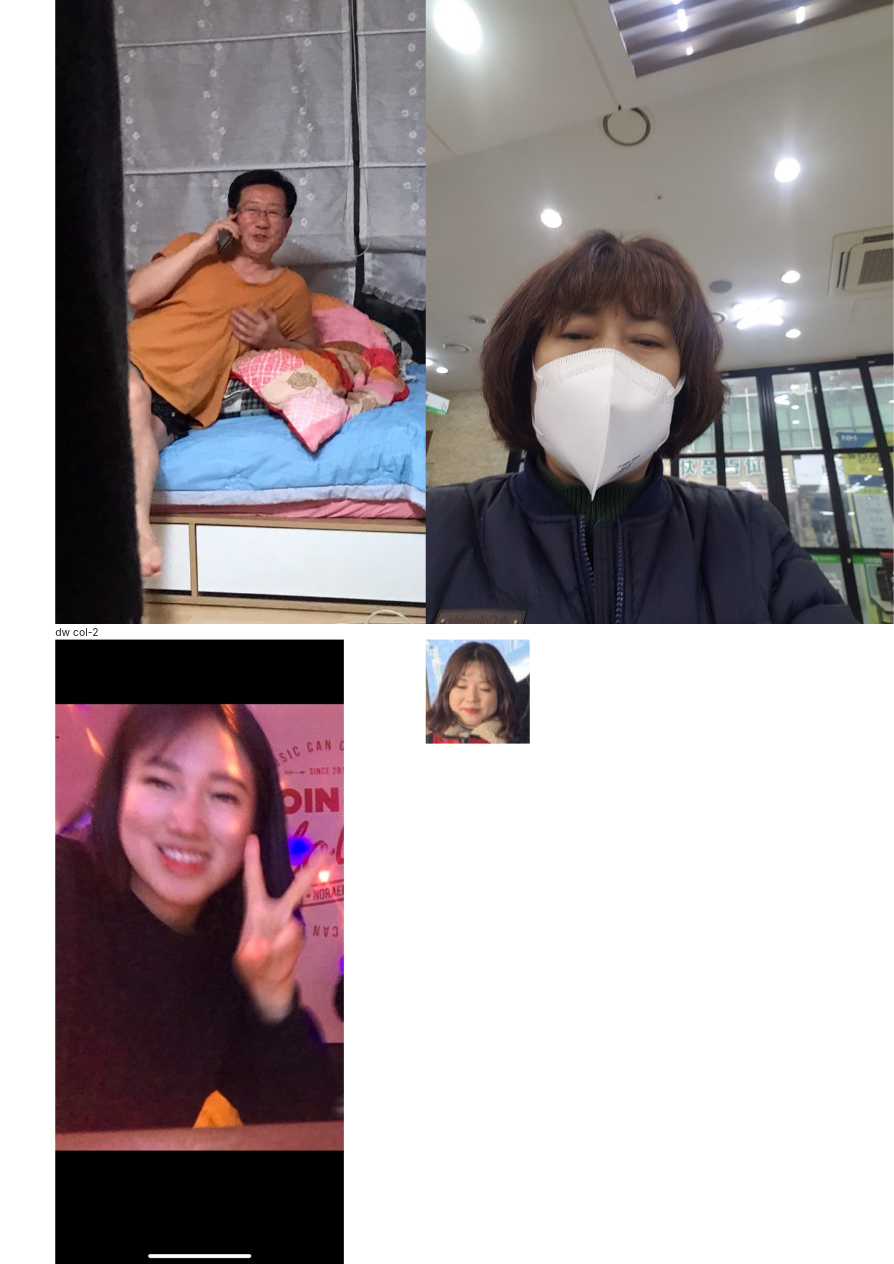
Repository: seungminlll3420/ruby_on_rails
Page: wep.html
The author's editor kept a record of every edit. The page is drawn from the files as they stood at one moment, then again after the next edit.
The browser window is 1280 px wide. The page is 1375 px wide, so the pictures cover 1375 px, including what lies to the right of the window. The pictures show the whole page, at 65% of full size.

Above is the page before.

### wep.html

</html>
<!doctype html>
<html lang="en">
  <head>
    <!-- Required meta tags -->
    <meta charset="utf-8">
    <meta name="viewport" content="width=device-width, initial-scale=1, shrink-to-fit=no">

    <!-- Bootstrap CSS -->
    <link rel="stylesheet" href="https://stackpath.bootstrapcdn.com/bootstrap/4.4.1/css/bootstrap.min.css" integrity="sha384-Vkoo8x4CGsO3+Hhxv8T/Q5PaXtkKtu6ug5TOeNV6gBiFeWPGFN9MuhOf23Q9Ifjh" crossorigin="anonymous">

    <title>Hello, world!</title>
  </head>
  <body>
      <div class="container">
        <div class="row">
            <div class="col-6" style="">
                <img src="./img/이종호.jpg">dw</img>
                col-2
            </div>
            <div class="col-6" style="">
                <img src="./img/길숙희.jpg"></img>
            </div>

        </div>
        <div class="row">
            <div class="col-6" style="">
                <img src="./img/이지영.jpg"></img>
            </div>
            <div class="col-6" style="">
                <img src="./img/이소연.jpg"></img>
            </div>
        </div>
    </div>
    <!-- Optional JavaScript -->
    <!-- jQuery first, then Popper.js, then Bootstrap JS -->
    <script src="https://code.jquery.com/jquery-3.4.1.slim.min.js" integrity="sha384-J6qa4849blE2+poT4WnyKhv5vZF5SrPo0iEjwBvKU7imGFAV0wwj1yYfoRSJoZ+n" crossorigin="anonymous"></script>
    <script src="https://cdn.jsdelivr.net/npm/popper.js@1.16.0/dist/umd/popper.min.js" integrity="sha384-Q6E9RHvbIyZFJoft+2mJbHaEWldlvI9IOYy5n3zV9zzTtmI3UksdQRVvoxMfooAo" crossorigin="anonymous"></script>
    <script src="https://stackpath.bootstrapcdn.com/bootstrap/4.4.1/js/bootstrap.min.js" integrity="sha384-wfSDF2E50Y2D1uUdj0O3uMBJnjuUD4Ih7YwaYd1iqfktj0Uod8GCExl3Og8ifwB6" crossorigin="anonymous"></script>
  </body>
</html>

After the next edit:
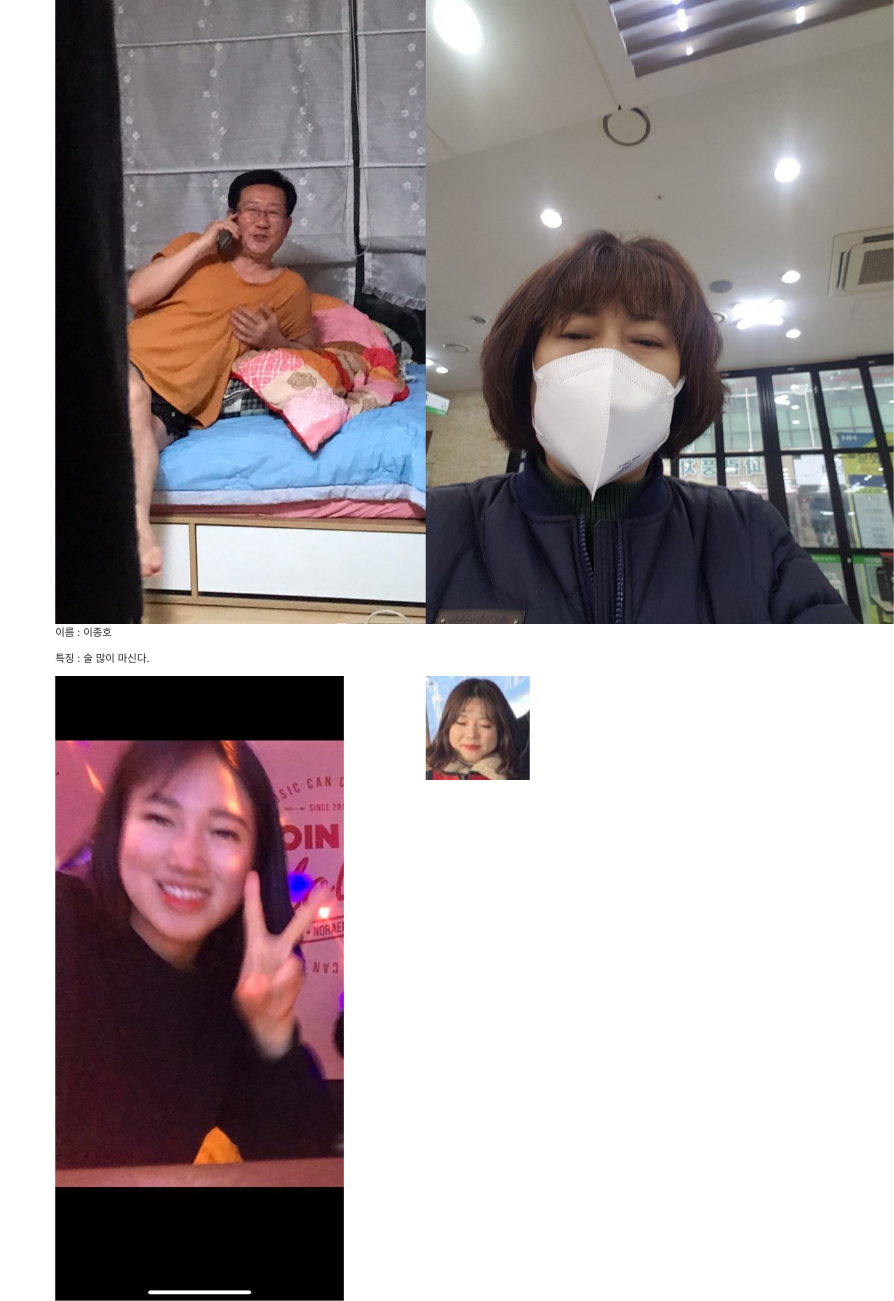
The edit:
--- a/wep.html
+++ b/wep.html
@@ -16,8 +16,9 @@
       <div class="container">
         <div class="row">
             <div class="col-6" style="">
-                <img src="./img/이종호.jpg">dw</img>
-                col-2
+                <img src="./img/이종호.jpg"></img>
+                <p>이름 : 이종호 </p>
+                <p>특징 : 술 많이 마신다.</p>
             </div>
             <div class="col-6" style="">
                 <img src="./img/길숙희.jpg"></img>
